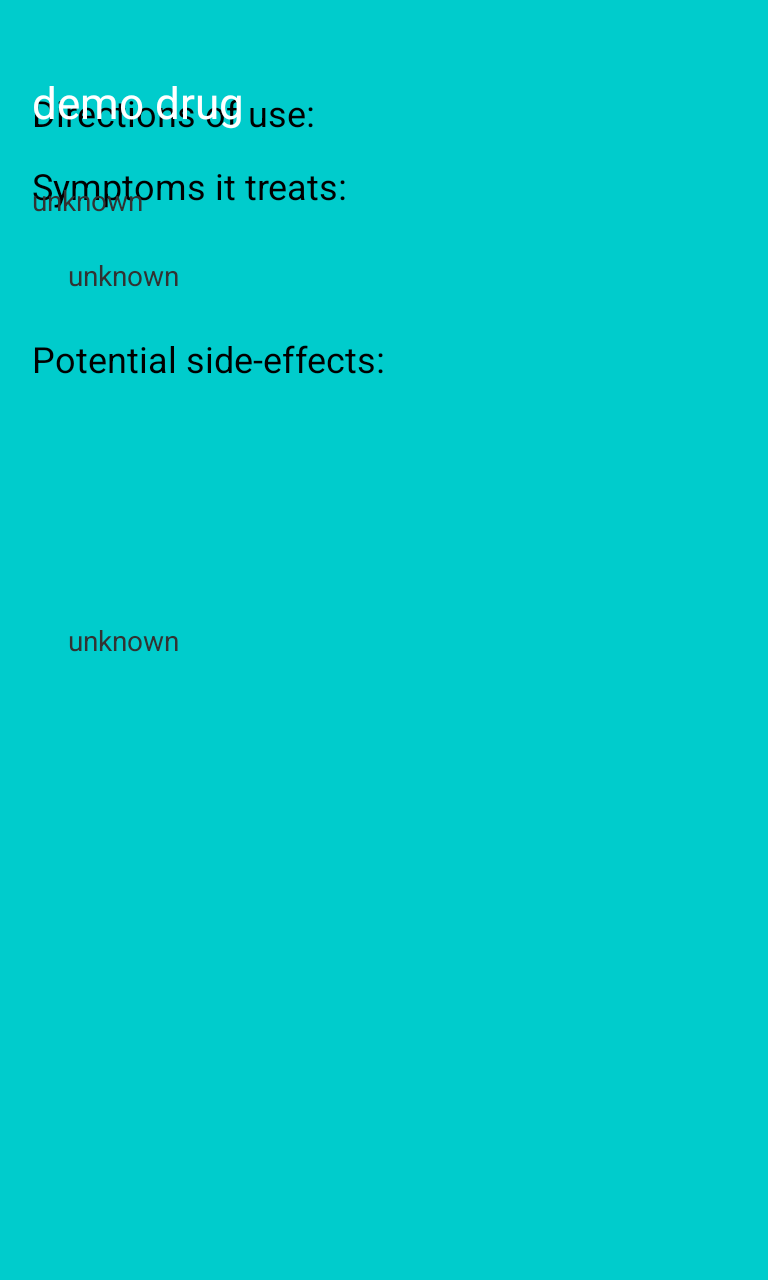
Repository: rosingrr/EECE-Andriod-APP-SympMeds
Layout: app/SympMeds/res/layout/activity_drug_info.xml
An editor plug-in stored every save of this project. The layout is shown before and after the next save, followed by the edit.
It is drawn on a 768 x 1280 px phone screen (xhdpi) without system bars, with theme AppTheme; the app's code is not run.

Above is the layout before, as saved 2013-07-18 14:12:45.

### app/SympMeds/res/layout/activity_drug_info.xml
<RelativeLayout xmlns:android="http://schemas.android.com/apk/res/android"
    xmlns:tools="http://schemas.android.com/tools"
    android:layout_width="match_parent"
    android:layout_height="match_parent"
    android:background="@color/color3"
    android:paddingBottom="@dimen/activity_vertical_margin"
    android:paddingLeft="@dimen/activity_horizontal_margin"
    android:paddingRight="@dimen/activity_horizontal_margin"
    android:paddingTop="@dimen/activity_vertical_margin"
    tools:context=".DrugInfo" >

    <TextView
        android:id="@+id/textView6"
        android:layout_width="wrap_content"
        android:layout_height="wrap_content"
        android:layout_alignParentLeft="true"
        android:layout_below="@+id/textView5"
        android:layout_marginTop="28dp"
        android:text="@string/how_to"
        android:textAppearance="?android:attr/textAppearanceMedium" />

    <TextView
        android:id="@+id/sympLabel_textView"
        android:layout_width="wrap_content"
        android:layout_height="wrap_content"
        android:layout_alignParentLeft="true"
        android:layout_below="@+id/drugName_textView"
        android:layout_marginTop="15dp"
        android:text="@string/treats"
        android:textAppearance="?android:attr/textAppearanceMedium" />

    <TextView
        android:id="@+id/seLabel_textView"
        android:layout_width="wrap_content"
        android:layout_height="wrap_content"
        android:layout_alignLeft="@+id/sympLabel_textView"
        android:layout_below="@+id/drugSymp_textView"
        android:layout_marginTop="20dp"
        android:text="@string/problems"
        android:textAppearance="?android:attr/textAppearanceMedium" />

    <TextView
        android:id="@+id/drugSymp_textView"
        android:layout_width="wrap_content"
        android:layout_height="wrap_content"
        android:layout_alignLeft="@+id/seLabel_textView"
        android:layout_below="@+id/sympLabel_textView"
        android:layout_marginLeft="18dp"
        android:layout_marginTop="23dp"
        android:text="@string/unknown"
        android:textAppearance="?android:attr/textAppearanceSmall" />

    <TextView
        android:id="@+id/drugSE_textView"
        android:layout_width="wrap_content"
        android:layout_height="wrap_content"
        android:layout_alignLeft="@+id/drugSymp_textView"
        android:layout_centerVertical="true"
        android:text="@string/unknown"
        android:textAppearance="?android:attr/textAppearanceSmall" />

    <TextView
        android:id="@+id/textView7"
        android:layout_width="wrap_content"
        android:layout_height="wrap_content"
        android:layout_alignLeft="@+id/textView5"
        android:layout_below="@+id/textView6"
        android:layout_marginTop="22dp"
        android:text="@string/unknown"
        android:textAppearance="?android:attr/textAppearanceSmall" />

    <TextView
        android:id="@+id/drugName_textView"
        android:layout_width="wrap_content"
        android:layout_height="wrap_content"
        android:layout_alignLeft="@+id/sympLabel_textView"
        android:layout_alignParentTop="true"
        android:layout_marginTop="20dp"
        android:text="@string/drug_name"
        android:textAppearance="?android:attr/textAppearanceLarge"
        android:textColor="@color/white" />

</RelativeLayout>

### app/SympMeds/res/values/colors.xml
<?xml version="1.0" encoding="utf-8"?>
<resources>
    <color name="red">#ffff0000</color>
    <color name="green">#ff00ff00</color>
    <color name="blue">#ff0000ff</color>
    <color name="transparent_red">#ffff0000</color>
    <color name="steel_blue">#ff4682B4</color>
    <color name="crimson">#ffdc143c</color>
    <color name="sea_green">#ff2e8b57</color>
    <color name="aqua_marine">#ff7fffd4</color>
    <color name="white">#ffffffff</color>
    <color name="darker_aqua_marine">#ff3f7f6a</color>
    <color name="color1">#ff66cccc</color>
    <color name="color2">#ff33cccc</color>
    <color name="color3">#ff00cccc</color>
</resources>

### app/SympMeds/res/values/strings.xml
<?xml version="1.0" encoding="utf-8"?>
<resources>

    <string name="empty"></string>
    <string name="app_name">SympMeds</string>
    <string name="action_settings">Settings</string>
    <string name="description">This app allows you to search for medication by the symptom you are experiencing.\nThis app is not meant to replace a medical physician. It is only intended to help find non-prescribed medication. If symptom(s) persist/severe, it is suggested to go see a doctor.</string>
    <string name="med_name">enter name of medication</string>
    <string name="search">Search</string>
    <string name="symptom_selector">select the symptom</string>
    <string name="start">Start</string>

    <string-array name="symptom_list">
        <item>fevor</item>
        <item>headache</item>
        <item>coughing</item>
        <item>cold</item>
        <item>flu</item>
    </string-array>
    <string-array name="symptom_description">
        <item>An elevation of body temperature above the normal range of 97.7–99.5 °F (36.5–37.5 °C).</item>
        <item>Pain anywhere in the region of the head or neck.</item>
        <item>Sudden and often repetitively occurring reflex which helps to clear the large breathing passages from secretions, irritants, foreign particles and microbes.</item>
        <item>A viral infectious disease of the upper respiratory tract which affects primarily the nose. Symptoms include coughing, sore throat, runny nose, sneezing, and fever which usually resolve in seven to ten days, with some symptoms lasting up to three weeks.</item>
        <item>Caused by the influenza viruses. The most common symptoms are chills, fever, runny nose, sore throat, muscle pains, headache (often severe), coughing, weakness/fatigue and general discomfort.</item>
    </string-array>

    <string name="title_activity_drug_list">DrugList</string>
    <string name="instructions">Choose the drug from the list to get information on it.</string>
    <string name="get_info">Get Info</string>
    <string name="drug_selector">choose drug</string>

    <string-array name="drug_list">
        <item>demo drug</item>
    </string-array>
    <string-array name="fever_list">
        <item>Advil</item>
    </string-array>
    <string-array name="headache_list">
        <item>Tylenol</item>
    </string-array>
    <string-array name="coughing_list">
        <item>Vicks</item>
    </string-array>
    <string-array name="cold_list">
        <item>Robitussin</item>
    </string-array>
    <string-array name="flu_list">
        <item>Sudafed</item>
    </string-array>

    <string name="title_activity_drug_info">DrugInfo</string>
    <string name="drug_name">demo drug</string>
    <string name="treats">Symptoms it treats:</string>
    <string name="problems">Potential side-effects:</string>
    <string name="how_to">Directions of use:</string>
    <string name="unknown">unknown</string>
    <string name="title_activity_symptom_list">SympList</string>
    <string name="hello_world">Hello world!</string>

</resources>

Loaded but not shown: app/SympMeds/res/values/styles.xml (common file); app/SympMeds/res/values-v11/styles.xml (common file); app/SympMeds/res/values-v14/styles.xml (common file); app/SympMeds/res/values/dimens.xml (common file)

After the next save:
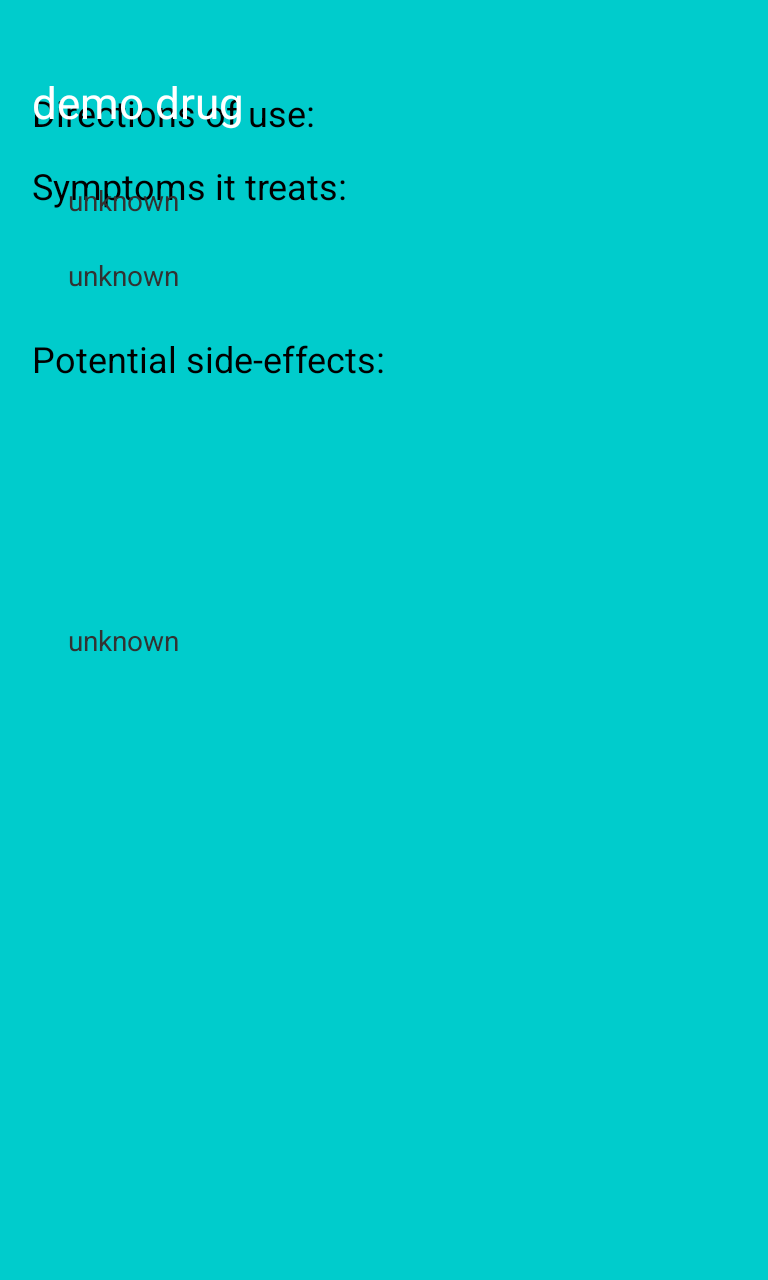
Saved 14 s later.
--- a/app/SympMeds/res/layout/activity_drug_info.xml
+++ b/app/SympMeds/res/layout/activity_drug_info.xml
@@ -63,7 +63,7 @@
         android:id="@+id/textView7"
         android:layout_width="wrap_content"
         android:layout_height="wrap_content"
-        android:layout_alignLeft="@+id/textView5"
+        android:layout_alignLeft="@+id/drugSE_textView"
         android:layout_below="@+id/textView6"
         android:layout_marginTop="22dp"
         android:text="@string/unknown"
